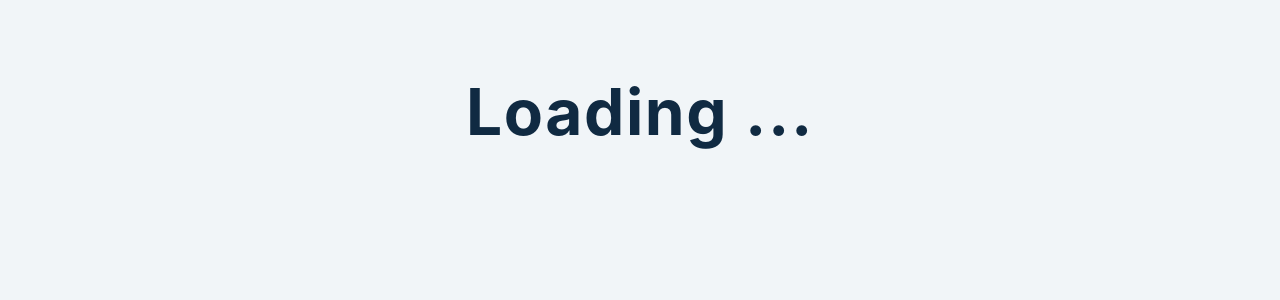
Repository: gligor99/tabs-ts-react
Page: /
An editor plug-in stored every save of this project. The page is shown before and after a run of saves, followed by the edit.
The browser window is 1280 px wide. The pictures show the whole page.
The page's requests for data from a server got no answer. The project was rebuilt for these pictures with package versions that can differ from the ones it lists, and the page was loaded fresh each time. No one was signed in, and anything a server would have sent is missing.

Above is the page before, as saved 2021-11-25 21:31:21.

After the next 3 saves:
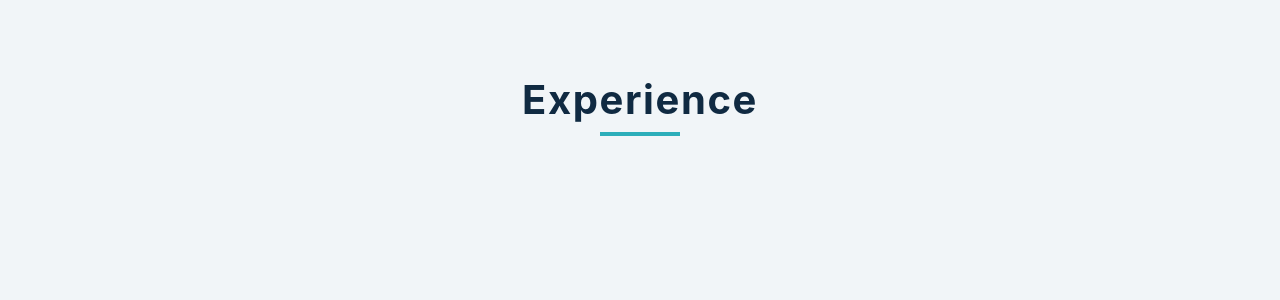
The 3 saves are shown as one change because 1 did not build or start and some came seconds apart.
The last was saved 26 s later.
--- a/src/App.tsx
+++ b/src/App.tsx
@@ -40,7 +40,7 @@ const App = () => {
     );
   }
 
-  if(data){
+  if(data == undefined){
     setIsLoading(true)
     setData(data)
   }
